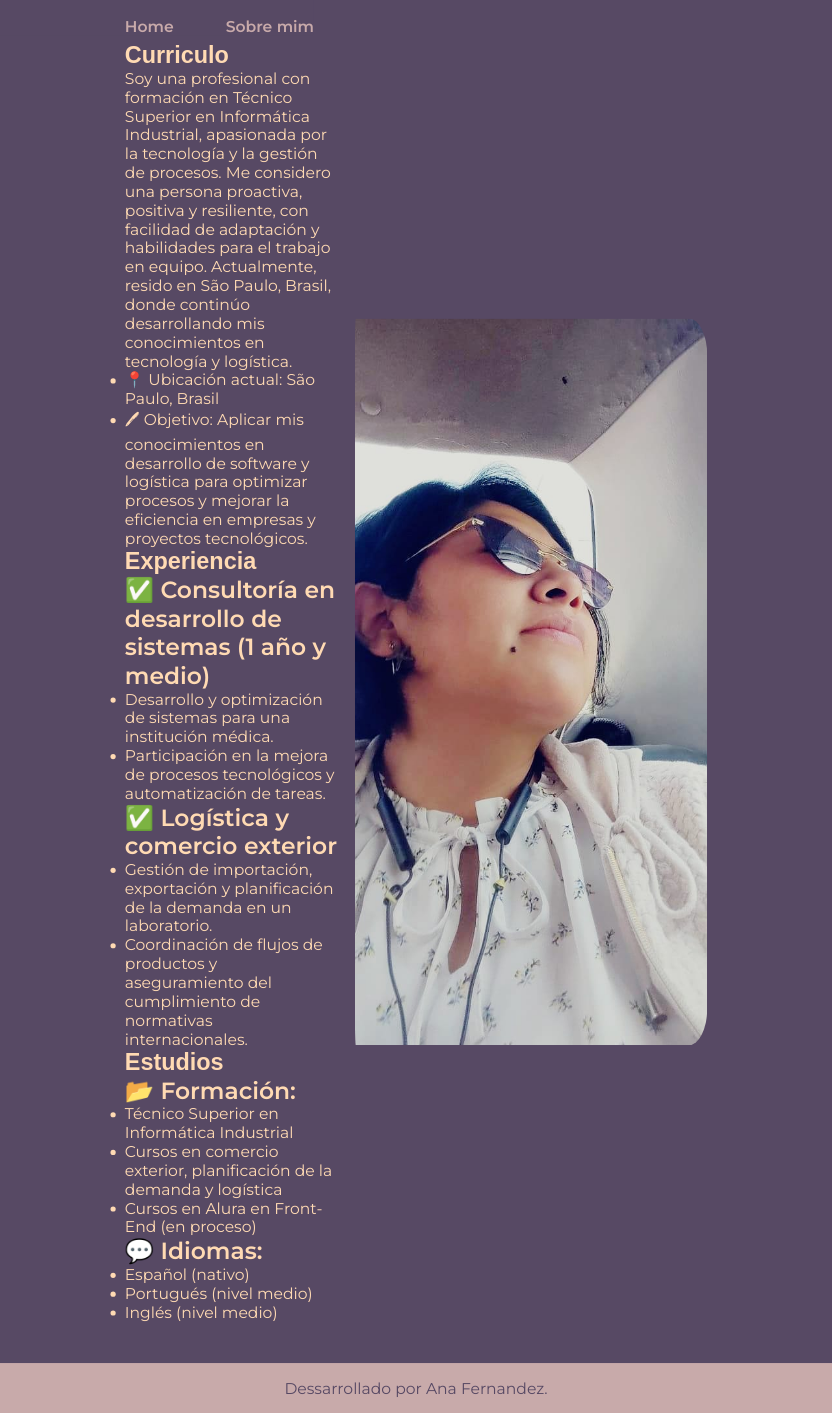
Repository: AnaFzCz/Portifolio-HTML-CSS-dinamico
Page: about.html
The author's editor kept a copy of each file at every save. The page is drawn from the files as they stood at one save, then again after the next save.
The browser window is 1280 px wide. The pictures show the whole page, at 65% of full size.
Some web fonts or font styles are not loaded; a fallback is used.

Above is the page before, as saved 2025-02-10 23:09:03.

### about.html
<!DOCTYPE html>
<html lang="en">

<head>
    <meta charset="UTF-8">
    <meta http-equiv="X-UA-Compatible" content="IE=edge">
    <meta name="viewport" content="width=device-width, initial-scale=1.0">
    <title>Sobre mim</title>
    <link rel="stylesheet" href="./styles/style.css">
</head>

<body>
    <header class="cabecalho">
        <nav class="cabecalho__menu">
            <a class="cabecalho__menu__link" href="index.html">Home</a>
            <a class="cabecalho__menu__link" href="about.html">Sobre mim</a>
        </nav>
    </header>
    <main class="apresentacao">

        <section class="apresentacao__conteudo__texto">

            <h2 class="apresentacao__conteudo__titulo">Curriculo</h2>
            <p class="">Soy una profesional con formación en Técnico Superior en
                Informática Industrial, apasionada por la tecnología y la gestión de procesos. Me considero una
                persona
                proactiva, positiva y resiliente, con facilidad de
                adaptación y habilidades para el trabajo en equipo. Actualmente, resido en São Paulo, Brasil, donde
                continúo desarrollando mis conocimientos en tecnología y logística.

            </p>


            <ul>
                <li> &#x1F4CD Ubicación actual: São Paulo, Brasil</li>
                <li> &#x1F58A Objetivo: Aplicar mis conocimientos en desarrollo de software y logística para optimizar
                    procesos y mejorar la eficiencia en empresas y proyectos tecnológicos.</li>
            </ul>


            <h2 class="apresentacao__conteudo__titulo">Experiencia</h2>


            <h2>&#x2705 Consultoría en desarrollo de sistemas (1 año y medio)</h2>
            <ul class="apresentacao__conteudo__texto">
                <li>Desarrollo y optimización de sistemas para una institución médica.</li>
                <li> Participación en la mejora de procesos tecnológicos y automatización de tareas.</li>

            </ul>
            <h2>&#x2705 Logística y comercio exterior</h2>
            <ul class="apresentacao__conteudo__texto">
                <li>Gestión de importación, exportación y planificación de la demanda en un laboratorio.</li>
                <li>Coordinación de flujos de productos y aseguramiento del cumplimiento de normativas internacionales.
                </li>
            </ul>

            <h1 class="apresentacao__conteudo__titulo">Estudios</h1>

            <h2> &#x1F4C2 Formación:</h2>
            <ul class="apresentacao__conteudo__texto">
                <li>Técnico Superior en Informática Industrial</li>
                <li>Cursos en comercio exterior, planificación de la demanda y logística</li>
                <li>Cursos en Alura en Front-End (en proceso)</li>


            </ul>
            <h2>&#x1F4AC Idiomas:</h2>
            <ul class="apresentacao__conteudo__texto">
                <li>Español (nativo)</li>
                <li>Portugués (nivel medio)</li>
                <li> Inglés (nivel medio)</li>
            </ul>
        </section>
        <img src="/assets/Imagen-Ana.jpg" alt="Foto da Ana">
    </main>
    <footer class="rodape">
        <p>
            Dessarrollado por Ana Fernandez.
        </p>
    </footer>
</body>

</html>

### styles/style.css
@import url('https://fonts.googleapis.com/css2?family=Krona+One&family=Montserrat:wght@400;600&display=swap');

:root {
    --cor-primaria: #574964;
    --cor-secundaria: #FFDAB3;
    --cor-terciaria: #C8AAAA;
    --cor-hover: #9F8383;
    --font-primaria: 'Krona One', sans-serif;
    --font-secundaria: 'Montserrat', sans-serif;

}

* {
    margin: 0;
    padding: 0;
}

body {
    /* height: 100vh; */
    box-sizing: border-box;
    background-color: var(--cor-primaria);
    color: var(--cor-secundaria);
}

.titulo-destaque {
    color: var(--cor-terciaria);
}

.cabecalho {
    background-color: var(--cor-primaria);
    padding: 2% 0% 0% 15%;
    position: fixed;

}

.cabecalho__menu {
    display: flex;
    gap: 80px;
    /* justify-content: center;
    align-items: center; */
}

.cabecalho__menu__link {
    font-size: 24px;
    font-family: var(--font-secundaria);
    color: var(--cor-terciaria);
    font-weight: 600;
    text-decoration: none;
}



/* .cabecalho__menu__link:hover {
    color: #007bff;
}



.cabecalho__menu__link {
    padding: 10px 15px;
} */

.apresentacao {
    padding: 5% 15%;
    display: flex;
    align-items: center;
    justify-content: space-between;
}

.apresentacao__conteudo {
    width: 615px;
    display: flex;
    flex-direction: column;
    gap: 40px;
}

.apresentacao__conteudo__titulo {
    font-size: 36px;
    font-family: var(--font-primaria);
}

.apresentacao__conteudo__texto {
    font-size: 24px;
    font-family: var(--font-secundaria);
}

.apresentacao__links {
    display: flex;
    flex-direction: column;
    justify-content: space-between;
    align-items: center;
    gap: 32px;
}

.apresentacao__links__subtitulo {
    font-family: 'Krona One', sans-serif;
    font-weight: 400;
    font-size: 24px;
}

.apresentacao__links__link {
    /* background-color: #22D4FD; */
    display: flex;
    justify-content: center;
    gap: 16px;
    border: 2px solid var(--cor-terciaria);
    width: 378px;
    text-align: center;
    border-radius: 8px;
    font-size: 24px;
    font-weight: 600;
    padding: 21.5px 0;
    text-decoration: none;
    color: var(--cor-secundaria);
    font-family: var(--font-secundaria);
}

.apresentacao__links__link:hover {
    cursor: pointer;
    background-color: var(--cor-hover);
    /* border: 2px solid #0000FF; */
}

ul {
    list-style: disc;
}

img {
    border-radius: 5%;
    padding-left: 3%;

}

.rodape {
    padding: 24px;
    color: var(--cor-primaria);
    background-color: var(--cor-terciaria);
    text-align: center;
    font-family: var(--font-secundaria);
    font-size: 24px;
    font-weight: 400;
}

After the next save:
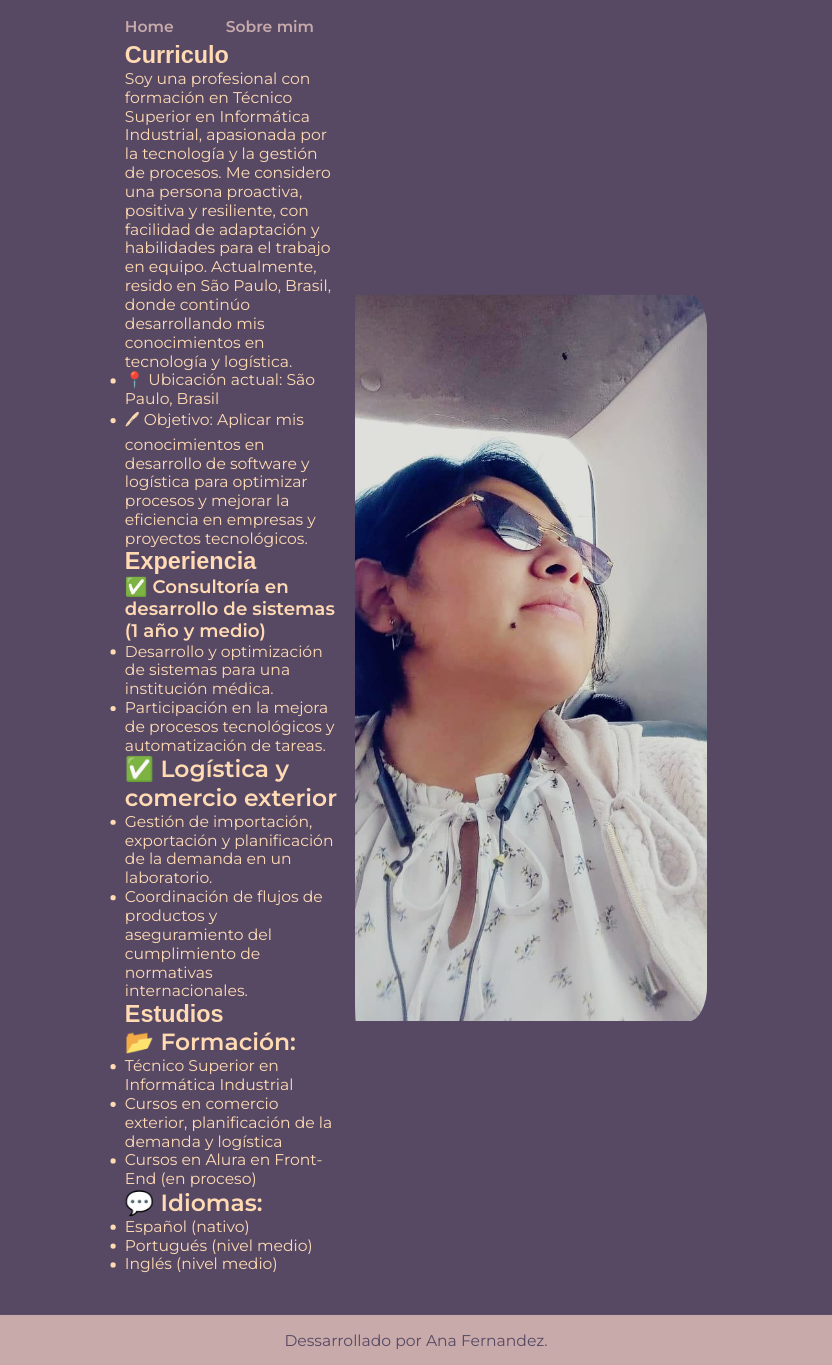
Saved 78 s later.
--- a/about.html
+++ b/about.html
@@ -21,6 +21,7 @@
         <section class="apresentacao__conteudo__texto">
 
             <h2 class="apresentacao__conteudo__titulo">Curriculo</h2>
+
             <p class="">Soy una profesional con formación en Técnico Superior en
                 Informática Industrial, apasionada por la tecnología y la gestión de procesos. Me considero una
                 persona
@@ -29,8 +30,6 @@
                 continúo desarrollando mis conocimientos en tecnología y logística.
 
             </p>
-
-
             <ul>
                 <li> &#x1F4CD Ubicación actual: São Paulo, Brasil</li>
                 <li> &#x1F58A Objetivo: Aplicar mis conocimientos en desarrollo de software y logística para optimizar
@@ -40,12 +39,10 @@
 
             <h2 class="apresentacao__conteudo__titulo">Experiencia</h2>
 
-
-            <h2>&#x2705 Consultoría en desarrollo de sistemas (1 año y medio)</h2>
+            <h3>&#x2705 Consultoría en desarrollo de sistemas (1 año y medio)</h3>
             <ul class="apresentacao__conteudo__texto">
                 <li>Desarrollo y optimización de sistemas para una institución médica.</li>
                 <li> Participación en la mejora de procesos tecnológicos y automatización de tareas.</li>
-
             </ul>
             <h2>&#x2705 Logística y comercio exterior</h2>
             <ul class="apresentacao__conteudo__texto">
